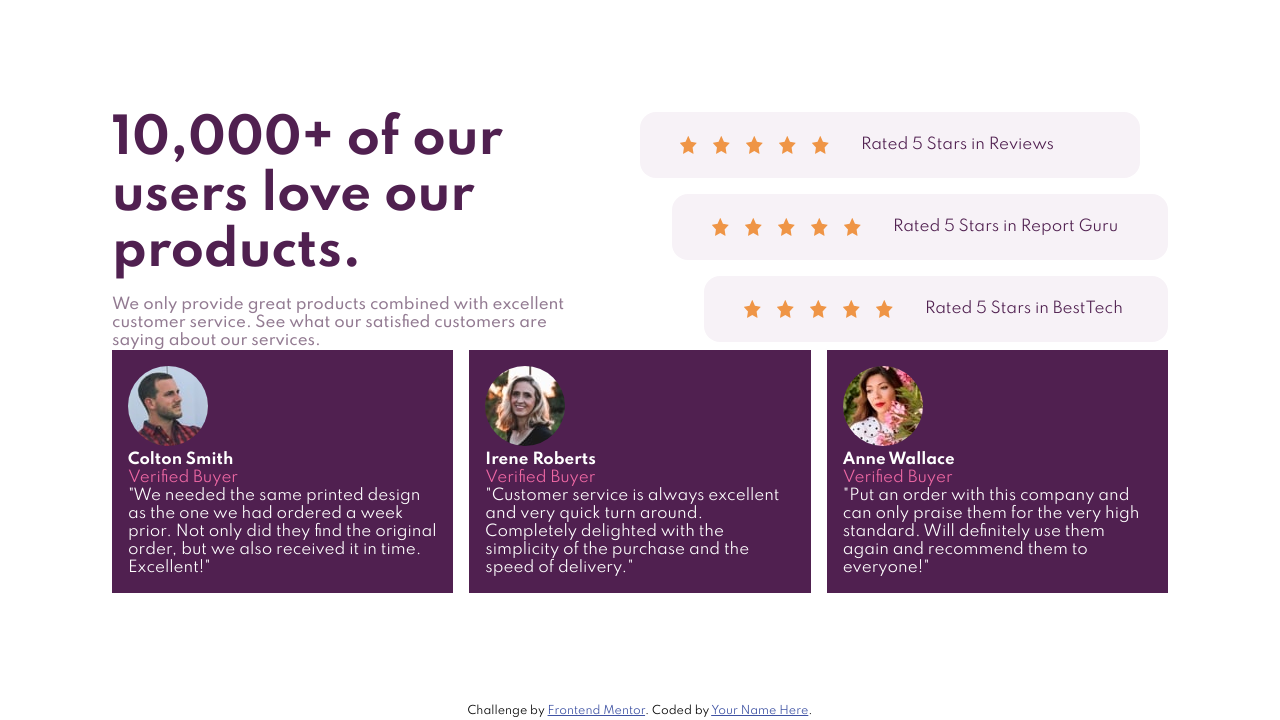
Repository: Pedrohamoura-Git/Frontend-Mentor-Challenges
Page: Newbie/social-proof-section-master/index.html
An editor plug-in stored every save of this project. The page is shown before and after the next save, followed by the edit.
The browser window is 1280 px wide. The pictures show the whole page.

Above is the page before, as saved 2021-05-30 12:31:29.

### Newbie/social-proof-section-master/index.html
<!DOCTYPE html>
<html lang="en">
  <head>
    <meta charset="UTF-8" />
    <meta name="viewport" content="width=device-width, initial-scale=1.0" />
    <!-- displays site properly based on user's device -->

    <link
      rel="icon"
      type="image/png"
      sizes="32x32"
      href="./images/favicon-32x32.png"
    />

    <link rel="stylesheet" href="css/style.css">

    <title>Frontend Mentor | Social proof section</title>

    <!-- Feel free to remove these styles or customise in your own stylesheet 👍 -->
    <style>
      .attribution {
        font-size: 11px;
        text-align: center;
      }
      .attribution a {
        color: hsl(228, 45%, 44%);
      }
    </style>
  </head>

  <body>
    <div id="wrapper">
      <!-- Start header -->
      <header>
        <div id="title">
          <h1>10,000+ of our users love our products.</h1>

          <p>We only provide great products combined with excellent customer service. See what our satisfied customers are saying about our services.</p>
        </div>

        <!-- Start ratings -->
        <aside id="ratings">

          <!-- Start section-a -->
          <div id="section-a">
            <img src="images/icon-star.svg" alt="Rating-a">
            <img src="images/icon-star.svg" alt="Rating-a">
            <img src="images/icon-star.svg" alt="Rating-a">
            <img src="images/icon-star.svg" alt="Rating-a">
            <img src="images/icon-star.svg" alt="Rating-a">
            <p>Rated 5 Stars in Reviews</p>
          </div>
          <!-- /End section-a  -->

          <!-- Start section-b  -->
          <div id="section-b">
            <img src="images/icon-star.svg" alt="Rating-b">
            <img src="images/icon-star.svg" alt="Rating-b">
            <img src="images/icon-star.svg" alt="Rating-b">
            <img src="images/icon-star.svg" alt="Rating-b">
            <img src="images/icon-star.svg" alt="Rating-b">
            <p>Rated 5 Stars in Report Guru</p>
          </div>
          <!-- /End section-b  -->

          <!-- Start section-c  -->
            <div id="section-c">
              <img src="images/icon-star.svg" alt="Rating-c">
              <img src="images/icon-star.svg" alt="Rating-c">
              <img src="images/icon-star.svg" alt="Rating-c">
              <img src="images/icon-star.svg" alt="Rating-c">
              <img src="images/icon-star.svg" alt="Rating-c">
              <p>Rated 5 Stars in BestTech</p>
            </div>
          <!-- /End section-c  -->
          </aside>

      </header>
      <!-- End header -->

      <!-- Start reviews  -->
      <div id="reviews">

        <!-- Start section-d  -->
        <div id="section-d">
          <img src="images/image-colton.jpg" alt="Colton's picture">
          <h4 class="name">Colton Smith</h4>
          <p class="verified">Verified Buyer</h4>
          <p>
            "We needed the same printed design as the one we had ordered a week prior.
            Not only did they find the original order, but we also received it in time.
            Excellent!"
          </p>
        </div>
        <!-- /End section-d -->

        <!-- Start section-e  -->
        <div id="section-e">
          <img src="images/image-irene.jpg" alt="Irene's picture">
          <h4 class="name">Irene Roberts </h4>
          <p class="verified">Verified Buyer</h4>
          <p>
            "Customer service is always excellent and very quick turn around. Completely
            delighted with the simplicity of the purchase and the speed of delivery."
          </p>
        </div>
        <!-- /End section-e -->

        <!-- Start section-f -->
        <div id="section-f">
          <img src="images/image-anne.jpg" alt="Anne's picture">
          <h4 class="name">Anne Wallace</h4>
          <p class="verified">Verified Buyer</h4>
          <p class="commentary">
            "Put an order with this company and can only praise them for the very high
            standard. Will definitely use them again and recommend them to everyone!"
          </p>
        </div>
      </div>
      <!-- /End section-f  -->

    </div>
    <!-- End Reviews  -->

    <div class="attribution">
      Challenge by
      <a href="https://www.frontendmentor.io?ref=challenge" target="_blank"
        >Frontend Mentor</a
      >. Coded by <a href="#">Your Name Here</a>.
    </div>
  </body>
</html>

### Newbie/social-proof-section-master/css/style.css
/*
** Core Formatting
*/
    @import url('https://fonts.googleapis.com/css2?family=Spartan:wght@400;500;700&display=swap');

    * {
        box-sizing: border-box;
        margin: 0;
        padding: 0;
    }

    body {
        font-family: Spartan;
        font-size: 15px;

        /* font-weight:  700; */
    }


/*
** Common Formatting
*/

    #wrapper {
        padding: 7rem;

    }

    header h1 {
        color: hsl(300, 43%, 22%);
    }

    header p {
        color: hsl(303, 10%, 53%);
    }


    #ratings #section-a, #section-b, #section-c {
        background-color: hsl(300, 24%, 96%);
        /* text-align: center; */
    }

    #ratings p {
        color: hsl(300, 43%, 22%);
    }


    #reviews #section-d, #section-e, #section-f {
        background-color: hsl(300, 43%, 22%);
        color: white;
    }

    #reviews img {
        border-radius: 5rem;
    }

    #reviews p.verified {
        color:hsl(333, 80%, 67%);
    }


    /*
    ** Header - Title
    */
        header {
            display: grid;
            grid-template-columns: repeat(2, 1fr);

            /* background-color: green; */
        }

        header #title {
            max-width: 480px;

            /* border: 1px solid green; */
        }

        header #title h1 {
            font-size: 3rem;
            margin-bottom: 1rem;
        }

        header #title p {
            font-weight: 500;
        }

        /*
        ** Header - Ratings
        */
            #ratings {
                /* border: 1px solid red; */
            }

            #section-a, #section-b, #section-c {
                border-radius: 1rem;
                max-width: 500px;
                padding: 1.5rem;

                /* background-color: red; */
            }

            #section-a, #section-b, #section-c  {
                display: flex;
                flex-wrap: wrap;

            }

            #section-a img, #section-b img, #section-c img {
                margin-left: 1rem;
            }

            #section-a p, #section-b p, #section-c p {
                margin-left: 2rem;
                margin-bottom: 0rem;
            }

            /*
            ** Header - Ratings - Section-b
            */
                #section-b {
                    margin-left: 2rem;
                    margin-top: 1rem;
                }


            /*
            ** Header - Ratings - Section-c
            */
                #section-c {
                    margin-left: 4rem;
                    margin-top: 1rem;
                }

    /*
    ** Reviews
    */
        #reviews {
            display: grid;
            grid-template-columns: repeat(3, 1fr);
            column-gap: 1rem;
        }

        #section-d, #section-e, #section-f {
            /* margin: 1rem; */
            padding: 1rem;

        }

After the next save:
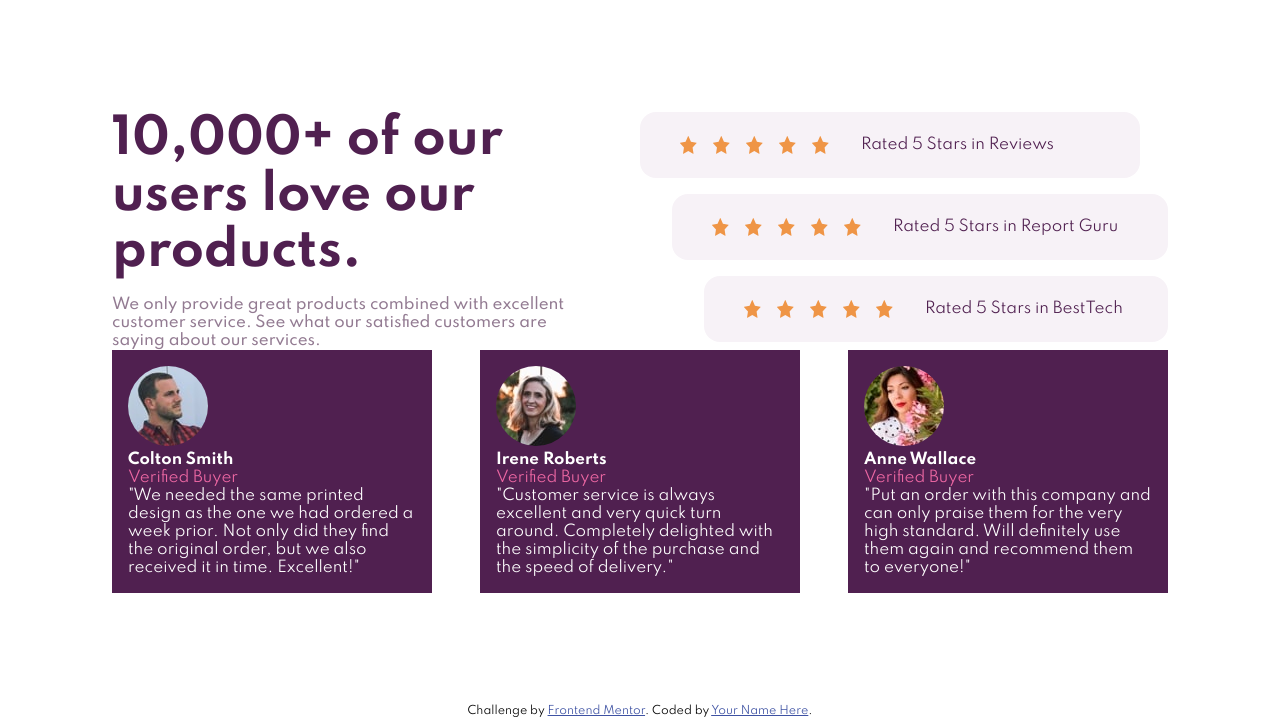
Saved 5 s later.
--- a/Newbie/social-proof-section-master/css/style.css
+++ b/Newbie/social-proof-section-master/css/style.css
@@ -137,7 +137,7 @@
         #reviews {
             display: grid;
             grid-template-columns: repeat(3, 1fr);
-            column-gap: 1rem;
+            column-gap: 3rem;
         }
 
         #section-d, #section-e, #section-f {
